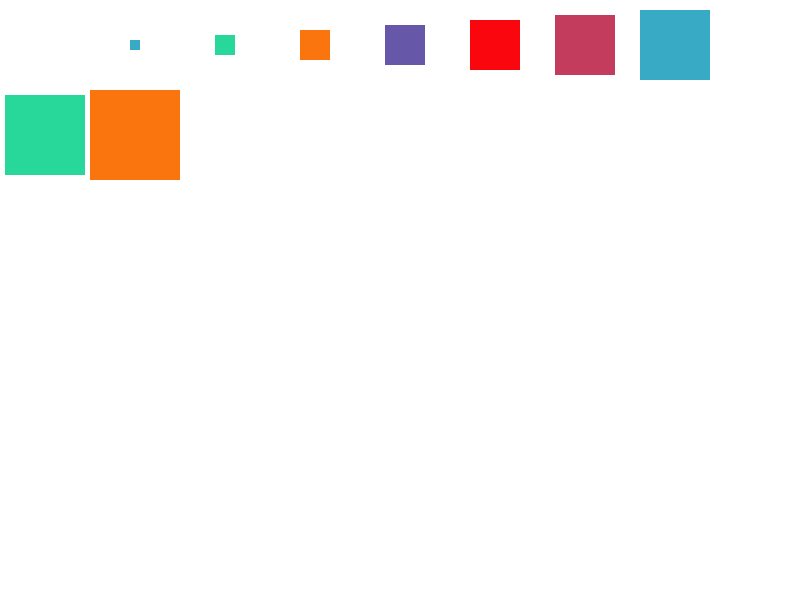
Repository: AlanVidalll/Curso-Java-Completo
Program's window: java exercicios-javafx/src/layout/AppLayout.java
An editor plug-in stored every save of this project. The program's window is shown before and after the next save, followed by the edit.
It runs on Java 21 on a 1366 x 768 screen with JavaFX 11; the title bar is not drawn.

Above is the program's window before, as saved 2020-04-11 14:36:07.

After the next save:
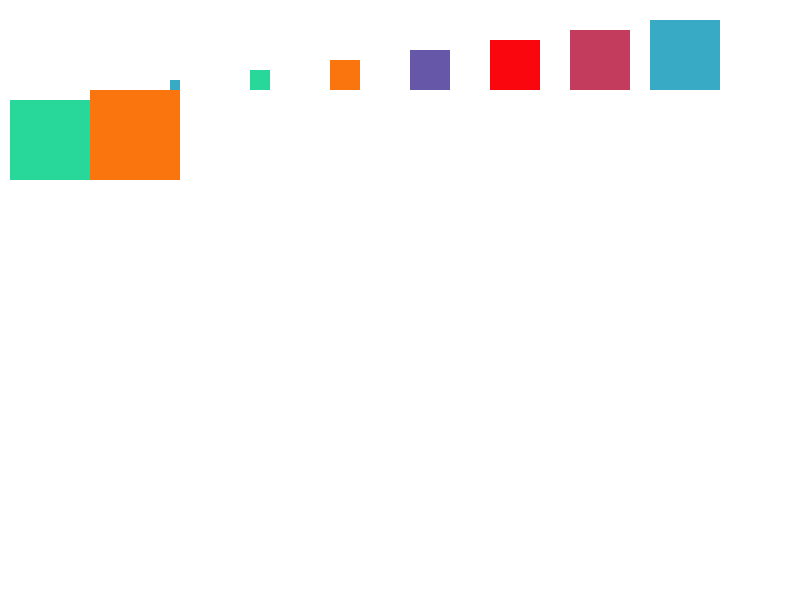
Saved 81 s later.
--- a/exercicios-javafx/src/layout/TesteTilePane.java
+++ b/exercicios-javafx/src/layout/TesteTilePane.java
@@ -3,6 +3,7 @@
 import java.util.ArrayList;
 import java.util.List;
 
+import javafx.geometry.Pos;
 import javafx.scene.layout.TilePane;
 
 public class TesteTilePane extends TilePane {
@@ -14,6 +15,7 @@
 		for (int i = 0; i < 10; i++) {
 			quadrados.add(new Quadrado (i * 10));
 		}
+		setTileAlignment(Pos.BOTTOM_RIGHT);
 
 		getChildren().addAll(quadrados);
 	}
